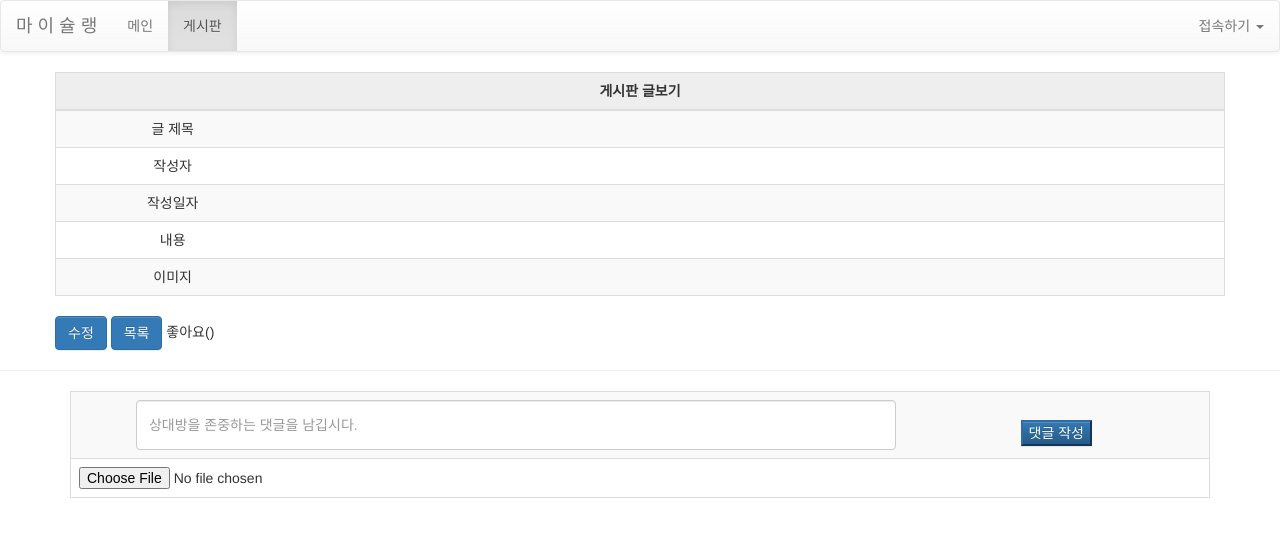
Repository: serendipity63/mychelin
Page: http://localhost/board/WEB-INF/views/detailform.jsp
These files come from the project's save history. The page is drawn as it stood at one moment and after the next save; the edit follows.
The browser window is 1280 px wide. The pictures show the whole page.
Some web libraries are served in a nearby version. The page is served by Tomcat 9. Nobody is signed in. The template is opened directly, without the code that normally fills it, so the values that code supplies are empty.

Above is the page before, as saved 2024-01-11 13:47:36.
Console error (its wording comes from the project's code and is left out).

After the next save:
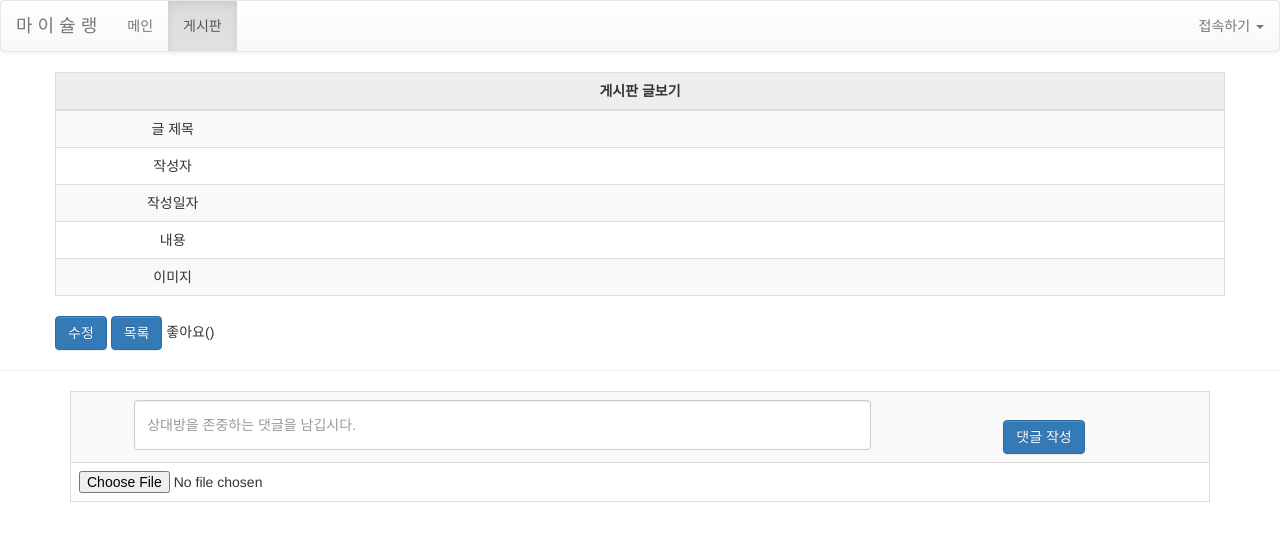
Saved 31 s later.
--- a/board/src/main/webapp/WEB-INF/views/detailform.jsp
+++ b/board/src/main/webapp/WEB-INF/views/detailform.jsp
@@ -189,7 +189,7 @@
 				<tr>
 					<td style="border-bottom:none;" valign="middle"><br>${user.id}</td>
 					<td><input type="text" style="height:5rem;" class="form-control" placeholder="상대방을 존중하는 댓글을 남깁시다." name = "commentText"></td>
-					<td><br><input type="submit" class="btn-primary" value="댓글 작성"></td>
+					<td><br><input type="submit" class="btn btn-primary" value="댓글 작성"></td>
 				</tr>
 				<tr>
 					<td colspan="3"><input type="file" name="fileName"></td>
